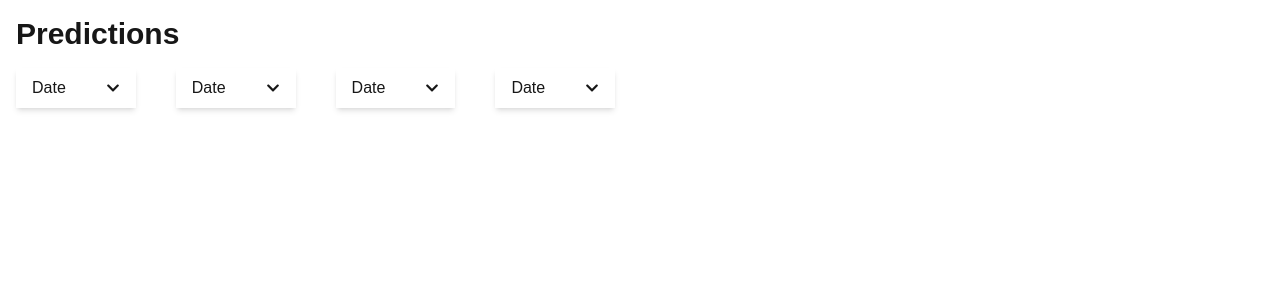
Repository: prototypedave/AlgoFooty
Page: /sure (app in frontend/algo-footy/)
An editor plug-in stored every save of this project. The page is shown before and after the next save, followed by the edit.
The browser window is 1280 px wide. The pictures show the whole page.
The page's requests for data from a server got no answer. The project was rebuilt for these pictures with package versions that can differ from the ones it lists, and the page was loaded fresh each time. The framework's server and built-in components were replaced by stand-ins that run in the browser. No one was signed in, and anything a server would have sent is missing. Also part of the build but not shown: frontend/algo-footy/next.config.ts.

Above is the page before, as saved 2025-11-03 07:10:25.

### frontend/algo-footy/app/sure/page.tsx
"use client";
import { useEffect, useState } from "react";
import Link from "next/link";
import { IoMdFootball } from "react-icons/io";
import { usePathname } from "next/navigation";
import Dropdown from "@/components/dropdown";
import { MatchData, Match } from "@/data/mock";
import Image from 'next/image';

interface LocalTimeFromNYProps {
  date: string; // ISO string like "2025-11-02T07:30:00"
}

const LocalTimeFromNY: React.FC<LocalTimeFromNYProps> = ({ date }) => {
  const nyTime = new Date(date);

  const localTime = new Intl.DateTimeFormat('en-US', {
    timeZone: 'America/New_York',
    hour: '2-digit',
    minute: '2-digit',
    hour12: false, // 24-hour format
  }).format(nyTime);

  return <div>{localTime}</div>;
};


export default function Predictions() {
    const [data, setData] = useState<MatchData>({});
    const [filtered, setFiltered] = useState<Match[]>([]);
    const [loading, setLoading] = useState(true);

    const [timeFilter, setTimeFilter] = useState("All");
    const [countryFilter, setCountryFilter] = useState("All");
    const [leagueFilter, setLeagueFilter] = useState("All");
    const [marketFilter, setMarketFilter] = useState("All");
    const pathname = usePathname();

    useEffect(() => {
    async function fetchData() {
      try {
        const res = await fetch('api/vip');
        const json: MatchData = await res.json();
        setData(json);
        setLoading(false);
      } catch (err) {
        console.error("Error fetching data:", err);
        setLoading(false);
      }
    }
        fetchData();
    }, []);

    useEffect(() => {
  if (!data || Object.keys(data).length === 0) return;

  const matches = Object.values(data);
  const now = new Date();

  const filteredMatches = matches
    .filter((match) => {
      const matchTime = new Date(match.date);

      if (timeFilter !== "All") {
        const hours = parseInt(timeFilter.match(/\d+/)?.[0] || "0");
        const cutoff = new Date(now.getTime() + hours * 60 * 60 * 1000);
        if (matchTime > cutoff) return false;
      }

      if (countryFilter !== "All" && match.country !== countryFilter) return false;
      if (leagueFilter !== "All" && match.league !== leagueFilter) return false;
      if (marketFilter !== "All" && match.prediction !== marketFilter) return false;

      return true;
    })
    .sort((a, b) => new Date(a.date).getTime() - new Date(b.date).getTime());

  setFiltered(filteredMatches);
}, [data, timeFilter, countryFilter, leagueFilter, marketFilter]);


    if (loading) return <p className="text-white p-4">Loading...</p>;

    const allMatches = Object.values(data);
    const countries = ["All", ...new Set(allMatches.map((m) => m.country))];
    const leagues = ["All", ...new Set(allMatches.map((m) => m.league))];
    const markets = ["All", ...new Set(allMatches.map((m) => m.prediction))];

    return (
        <div className="flex flex-col p-4 gap-4 w-full">
            <h1 className="text-3xl font-bold">Predictions</h1>
            <div className="hidden lg:flex lg:gap-10 w-full">
                    <Dropdown
                        label="Time"
                        options={["Next 1hr", "Next 3hrs", "Next 6hrs", "Next 12hrs", "All"]}
                        onSelect={setTimeFilter}
                    />
                    <Dropdown label="Country" options={countries} onSelect={setCountryFilter} />
                    <Dropdown label="League" options={leagues} onSelect={setLeagueFilter} />
                    <Dropdown label="Market" options={markets} onSelect={setMarketFilter} />
            </div>
            <div className="hidden lg:flex lg:w-full lg:overflow-y-auto">
                <ol className="flex flex-col w-full gap-4 pr-2">
                    {filtered.map((match, index) => (
                        <li key={index} className="flex bg-gradient-to-r from-[#001730] to-[#004080] w-full items-center shadow-lg p-2 h-16">
                            <div className="flex gap-4">
                                <div className="flex gap-6 w-56">
                                    <Image
                                        className="h-7 w-7"
                                        src={match.hicon}
                                        width={200}
                                        height={200}
                                        alt="Picture of the author"
                                    />
                                    <p>{match.home}</p>
                                </div>
                                <p className="w-14">vs</p>
                                <div className="flex gap-6 w-56">
                                    <p>{match.away}</p>
                                    <Image
                                        className="h-7 w-7"
                                        src={match.aicon}
                                        width={200}
                                        height={200}
                                        alt="Picture of the author"
                                    />
                                </div>
                            </div>
                            <div className="font-semibold w-28">
                                {new Date(match.date).toLocaleString([], {
                                    hour: '2-digit',
                                    minute: '2-digit',
                                    hour12: false,
                                })}
                            </div>
                            <div className="font-semibold w-28">{match.prediction}</div>
                            <div className="font-semibold w-28">{match.odds}</div>
                            <div className="font-semibold w-28">{Math.round(match.probability * 100)}%</div>
                        </li>
                    ))}
                </ol>
            </div>
            <div className="flex flex-col w-full gap-4 lg:hidden">
                {filtered.map((match, index) => {
                    const date = new Date(match.date);
                    const formattedDate = date.toLocaleDateString("en-US", {
                        month: "short",
                        day: "numeric",
                    });
                    return (
                        <li key={index} className="flex flex-col bg-gradient-to-r from-[#001730] to-[#004080] w-full shadow-lg p-2 h-32">
                            <div className="flex text-sm justify-between">
                                <p className="left-0 text-gray-400">{formattedDate}, {new Date(match.date).toLocaleString([], {
                                    hour: '2-digit',
                                    minute: '2-digit',
                                    hour12: false,
                                })}</p>

                            </div>
                            <div className="flex pt-4 gap-4 justify-between items-center">
                                 <div className="flex justify-between items-center font-bold">
                                    <Image
                                        className="h-10 w-10 pr-2"
                                        src={match.hicon}
                                        width={500}
                                        height={500}
                                        alt="home icon"
                                    />
                                    <p>{match.home}</p>
                                </div>
                                <p className="">vs</p>
                                <div className="flex justify-between items-center justify-center font-bold">
                                    <p>{match.away}</p>
                                    <Image
                                        className="h-10 w-10 pl-2"
                                        src={match.aicon}
                                        width={500}
                                        height={500}
                                        alt="away icon"
                                    />
                                </div>
                            </div>
			                <div className="flex pt-4 text-sm justify-between text-gray-300 font-semibold">
                                <p>Pick: <span className="text-orange-red">{match.prediction}</span></p>
                                <p>Odds: <span>{match.odds}</span></p>
                                <p>Chance: <span> {Math.round(match.probability * 100)}%</span></p>

                            </div>
                        </li>
                    );
                })}
            </div>
        </div>
    );
}

### frontend/algo-footy/app/globals.css
@import "tailwindcss";

:root {
  --background: #ffffff;
  --foreground: #171717;
}

@theme inline {
  --color-background: var(--background);
  --color-foreground: var(--foreground);
  --font-sans: var(--font-geist-sans);
  --font-mono: var(--font-geist-mono);
}

@theme {
  --color-oxford-blue: #002147;
  --color-orange-red: #FF2400;
}

@media (prefers-color-scheme: dark) {
  :root {
    --background: #0a0a0a;
    --foreground: #ededed;
  }
}

body {
  background: var(--background);
  color: var(--foreground);
  font-family: Arial, Helvetica, sans-serif;
}

### frontend/algo-footy/components/dropdown.tsx
"use client";
import { useState } from "react";
import { FaChevronDown, FaChevronUp } from "react-icons/fa";

export default function DropdownButton() {
  const [open, setOpen] = useState(false);

  return (
    <div className="relative inline-block text-left">
      {/* Button */}
      <button
        onClick={() => setOpen(!open)}
        className="flex items-center justify-between gap-10 text-white-500 px-4 py-2 shadow-md hover:text-orange-red transition"
      >
        Date
        {open ? (
          <FaChevronUp className="text-sm" />
        ) : (
          <FaChevronDown className="text-sm" />
        )}
      </button>

      {/* Dropdown Menu */}
      {open && (
        <div className="absolute right-0 mt-2 w-48 bg-white border border-gray-200 rounded-lg shadow-lg z-10">
          <ul className="py-1">
            <li>
              <a
                href="#profile"
                className="block px-4 py-2 text-gray-700 hover:bg-gray-100"
              >
                Profile
              </a>
            </li>
            <li>
              <a
                href="#settings"
                className="block px-4 py-2 text-gray-700 hover:bg-gray-100"
              >
                Settings
              </a>
            </li>
            <li>
              <a
                href="#logout"
                className="block px-4 py-2 text-gray-700 hover:bg-gray-100"
              >
                Logout
              </a>
            </li>
          </ul>
        </div>
      )}
    </div>
  );
}

Loaded but not shown: frontend/algo-footy/app/layout.tsx (common file)

After the next save:
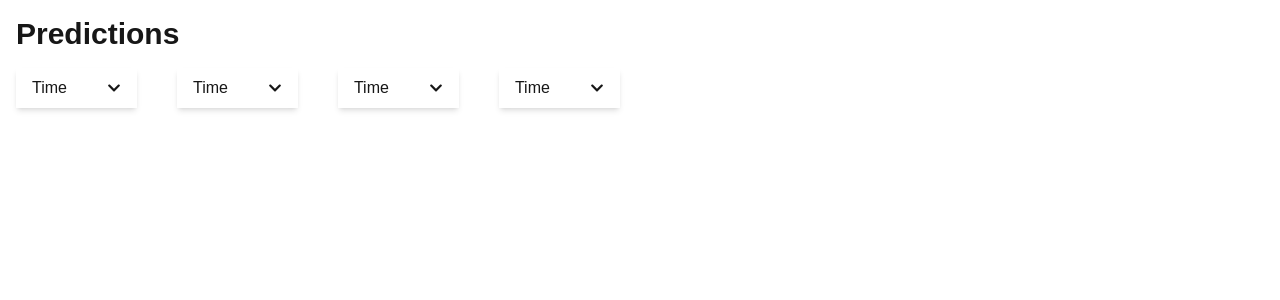
Saved 45 s later.
--- a/frontend/algo-footy/components/dropdown.tsx
+++ b/frontend/algo-footy/components/dropdown.tsx
@@ -12,7 +12,7 @@ export default function DropdownButton() {
         onClick={() => setOpen(!open)}
         className="flex items-center justify-between gap-10 text-white-500 px-4 py-2 shadow-md hover:text-orange-red transition"
       >
-        Date
+        Time
         {open ? (
           <FaChevronUp className="text-sm" />
         ) : (
@@ -22,7 +22,7 @@ export default function DropdownButton() {
 
       {/* Dropdown Menu */}
       {open && (
-        <div className="absolute right-0 mt-2 w-48 bg-white border border-gray-200 rounded-lg shadow-lg z-10">
+        <div className="absolute right-0 mt-2 w-48 bg-orange-red border border-gray-200 rounded-lg shadow-lg z-10">
           <ul className="py-1">
             <li>
               <a
